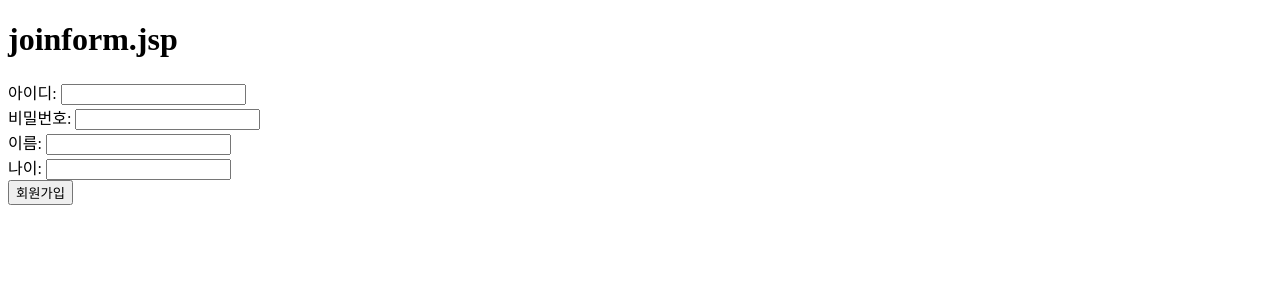
Repository: SouthSea0613/401_Unauthorized_java
Page: http://localhost/1129/joinform.jsp
An editor plug-in stored every save of this project. The page is shown before and after the next save, followed by the edit.
The browser window is 1280 px wide. The pictures show the whole page.
The page is served by Tomcat 9. Other server files are loaded and not shown.

Above is the page before, as saved 2024-11-29 06:17:22.

### 1129/src/main/webapp/joinform.jsp
<%@ page language="java" contentType="text/html; charset=UTF-8"
    pageEncoding="UTF-8"%>
<!DOCTYPE html>
<html>
<head>
<meta charset="UTF-8">
<title>Insert title here</title>
</head>
<body>
<h1>joinform.jsp</h1>
<form action="join">
아이디: <input type="text" name="id"><br>
<!-- 파라미터네임을 네임에 넣자 -->
비밀번호: <input type="text" name="pw"><br>
이름: <input type="text" name="name"><br>
나이: <input type="text" name="age"><br>
<input type="submit" value="회원가입">
</form>
</body>
</html>

After the next save:
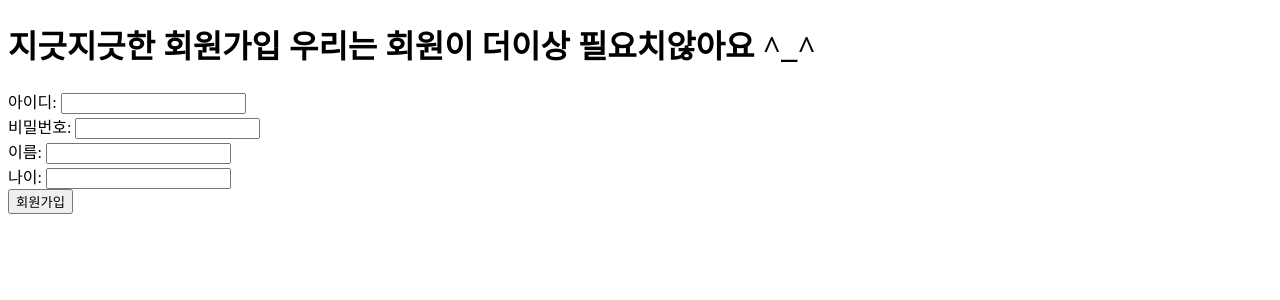
Saved 88 s later.
--- a/1129/src/main/webapp/joinform.jsp
+++ b/1129/src/main/webapp/joinform.jsp
@@ -7,7 +7,7 @@
 <title>Insert title here</title>
 </head>
 <body>
-<h1>joinform.jsp</h1>
+<h1>지긋지긋한 회원가입 우리는 회원이 더이상 필요치않아요 ^_^</h1>
 <form action="join">
 아이디: <input type="text" name="id"><br>
 <!-- 파라미터네임을 네임에 넣자 -->
